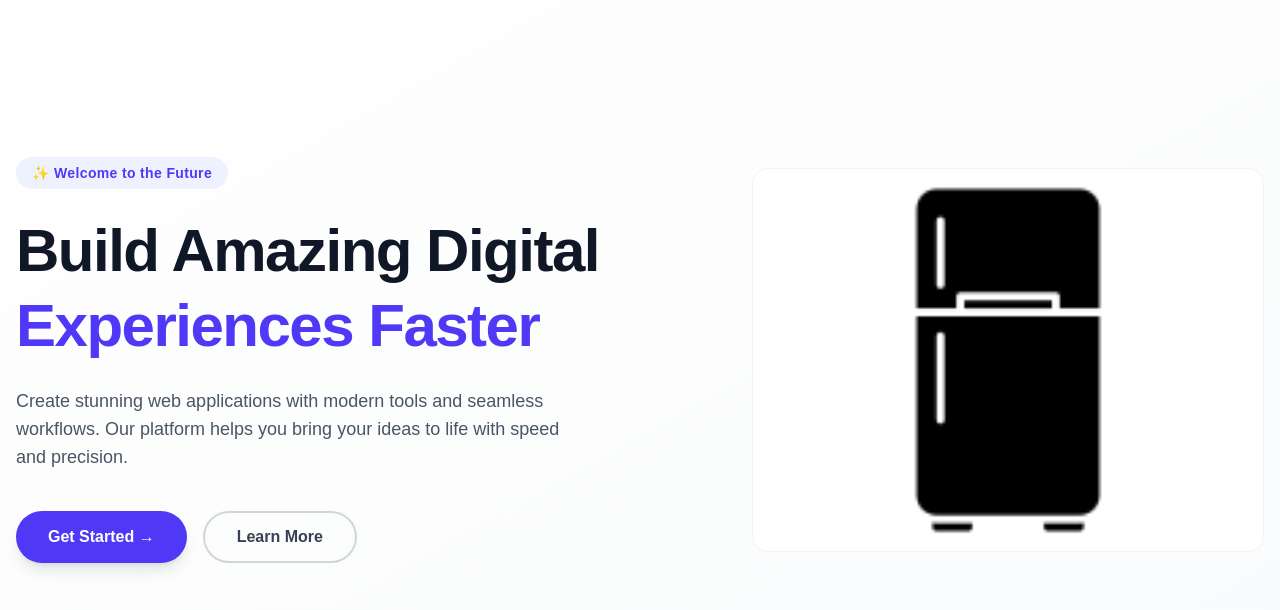
Repository: deepak445566/repai
Page: / (app in repair/)
An editor plug-in stored every save of this project. The page is shown before and after the next save, followed by the edit.
The browser window is 1280 px wide. The pictures show the whole page.
The project was rebuilt for these pictures with package versions that can differ from the ones it lists, and the page was loaded fresh each time. The framework's server and built-in components were replaced by stand-ins that run in the browser. Also part of the build but not shown: repair/next.config.mjs.

Above is the page before, as saved 2026-04-15 11:31:24.

### repair/src/app/layout.js
import { Geist, Geist_Mono } from "next/font/google";
import "./globals.css";

const geistSans = Geist({
  variable: "--font-geist-sans",
  subsets: ["latin"],
});

const geistMono = Geist_Mono({
  variable: "--font-geist-mono",
  subsets: ["latin"],
});

export const metadata = {
  title: "Create Next App",
  description: "Generated by create next app",
};

export default function RootLayout({ children }) {
  return (
    <html
      lang="en"
      className={`${geistSans.variable} ${geistMono.variable} h-full antialiased`}
    >
      <body className="min-h-full flex flex-col">{children}</body>
    </html>
  );
}

### repair/src/app/page.js
import HeroPage from '@/components/heroPage'
import React from 'react'

function page() {
  return (
   <>
   <HeroPage/>

   </>
  )
}

export default page

### repair/src/components/heroPage.jsx
import Image from 'next/image';

export default function HeroPage() {
  return (
    <div className="min-h-screen bg-gradient-to-br from-white to-gray-50 flex items-center justify-center px-4 py-12">
      <div className="max-w-7xl mx-auto w-full">
        <div className="flex flex-col lg:flex-row items-center gap-12 lg:gap-16">

          {/* Left Section - Content */}
          <div className="flex-1 text-center lg:text-left space-y-6">
            <div className="inline-block px-4 py-1.5 rounded-full bg-indigo-50 text-indigo-600 text-sm font-semibold tracking-wide">
              ✨ Welcome to the Future
            </div>

            <h1 className="text-4xl sm:text-5xl lg:text-6xl font-bold tracking-tight text-gray-900 leading-tight">
              Build Amazing Digital
              <span className="text-indigo-600 block"> Experiences Faster</span>
            </h1>

            <p className="text-lg text-gray-600 max-w-xl mx-auto lg:mx-0">
              Create stunning web applications with modern tools and seamless workflows.
              Our platform helps you bring your ideas to life with speed and precision.
            </p>

            <div className="flex flex-col sm:flex-row gap-4 justify-center lg:justify-start pt-4">
              <button className="px-8 py-3 rounded-full bg-indigo-600 text-white font-semibold shadow-lg hover:bg-indigo-700 transition-all duration-200 transform hover:scale-105">
                Get Started →
              </button>
              <button className="px-8 py-3 rounded-full border-2 border-gray-300 text-gray-700 font-semibold hover:bg-gray-50 transition-all duration-200">
                Learn More
              </button>
            </div>
          </div>

          {/* Right Section - Image - Fixed for mobile */}
          <div className="flex-1 flex justify-center lg:justify-end w-full">
            <div className="relative w-full max-w-sm sm:max-w-md lg:max-w-lg">
              <div className="absolute inset-0 bg-gradient-to-tr from-indigo-100 to-purple-100 rounded-2xl blur-2xl opacity-60 -z-10"></div>
              <div className="relative bg-white rounded-2xl overflow-hidden border border-gray-100">
                <div className="relative w-full pt-[100%] sm:pt-[80%] md:pt-[75%]">
                  {/* Fixed aspect ratio container */}
                  <div className="absolute inset-0 ">
                    <Image
                      src="/images/image.png"
                      alt="Hero Image"
                      fill
                      className="object-contain p-4"
                      priority
                    width={600}
   loading="eager"
  height={400}

                    />
                  </div>
                </div>
              </div>
            </div>
          </div>
        </div>
      </div>
    </div>
  );
}

Loaded but not shown: repair/src/app/globals.css (common file)

After the next save:
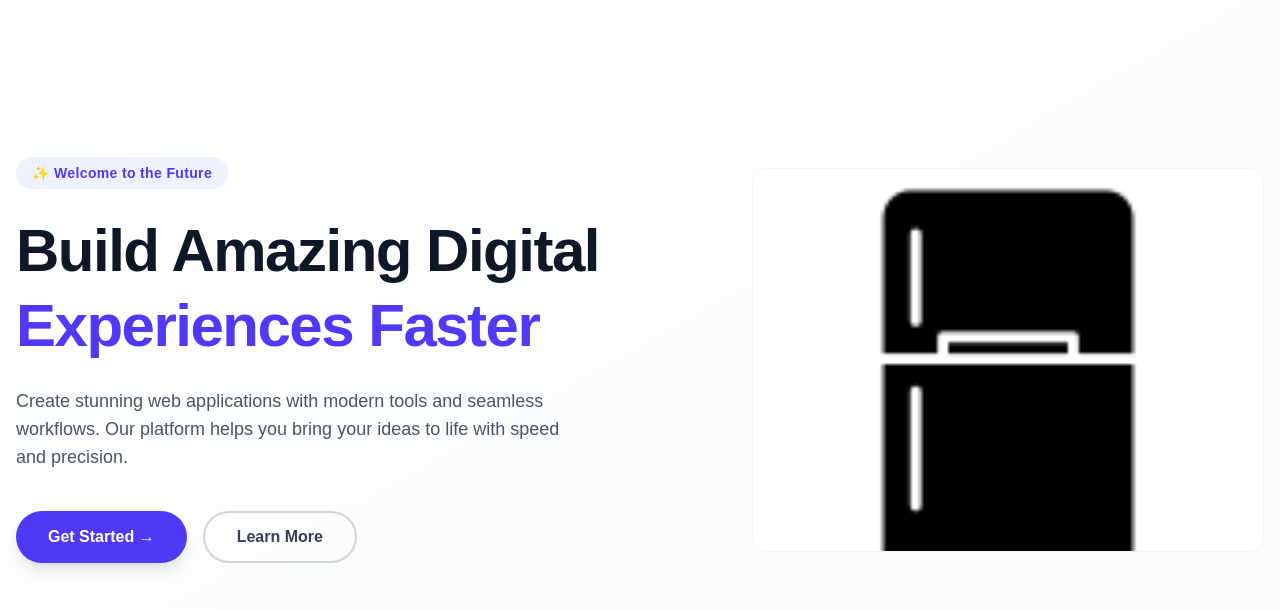
Saved 5 s later.
--- a/repair/src/components/heroPage.jsx
+++ b/repair/src/components/heroPage.jsx
@@ -43,7 +43,7 @@
                     <Image
                       src="/images/image.png"
                       alt="Hero Image"
-                      fill
+
                       className="object-contain p-4"
                       priority
                     width={600}

After the 5 saves that followed:
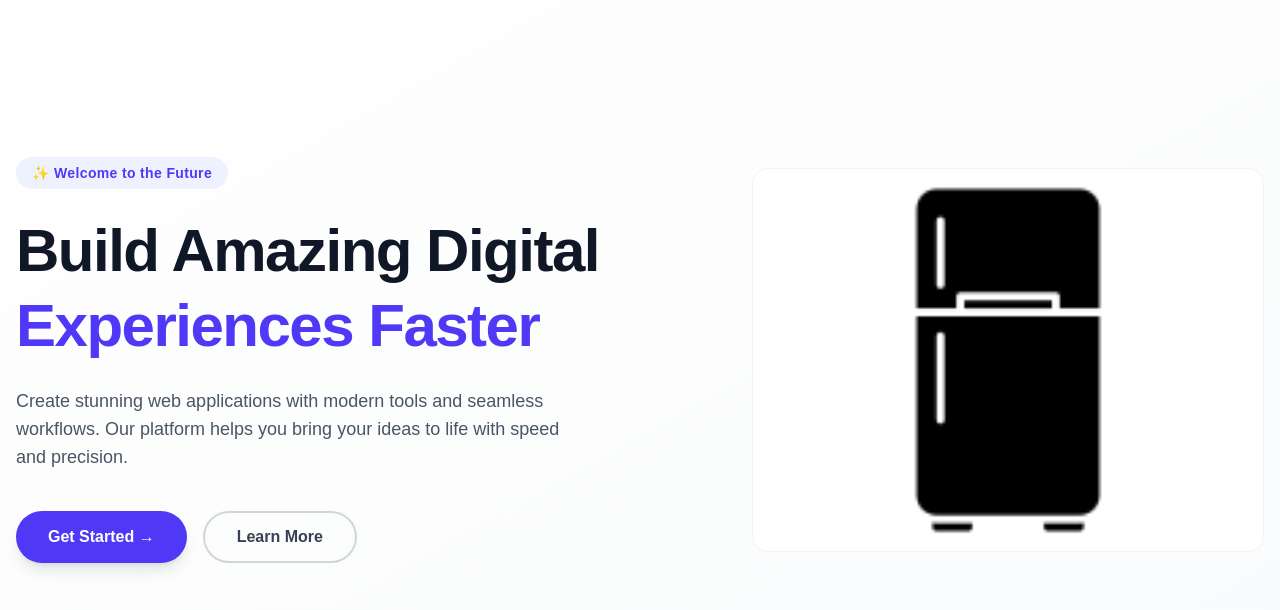
The 5 saves are shown as one change because 1 left the picture as it was and some came seconds apart.
The last was saved 79 s later.
--- a/repair/src/components/heroPage.jsx
+++ b/repair/src/components/heroPage.jsx
@@ -43,12 +43,10 @@
                     <Image
                       src="/images/image.png"
                       alt="Hero Image"
-
+                      fill
                       className="object-contain p-4"
                       priority
-                    width={600}
-   loading="eager"
-  height={400}
+
 
                     />
                   </div>
